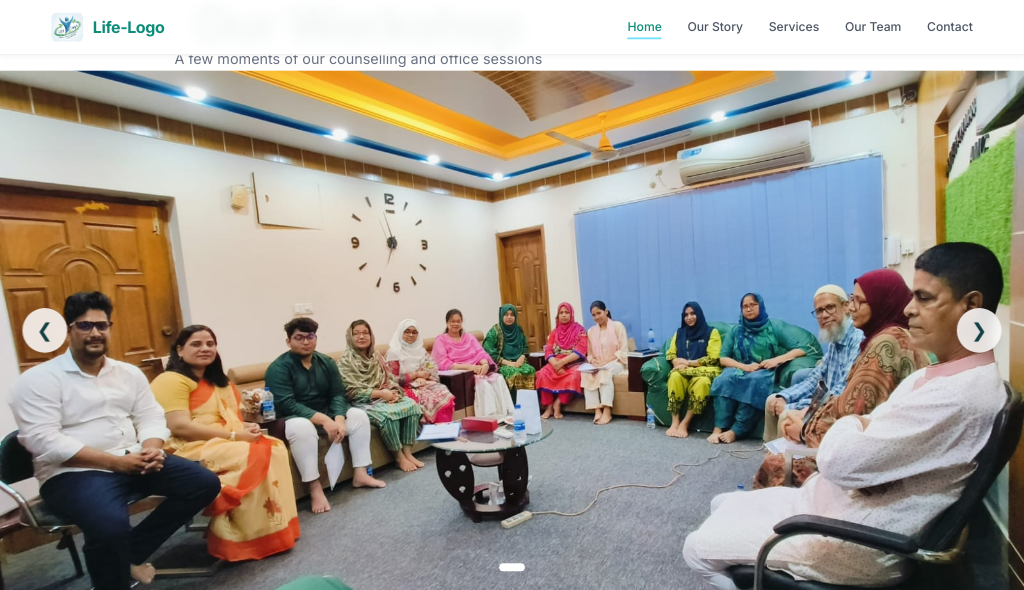
Repository: Tan47s/Lifelogo
Page: /
The author's editor kept a copy of each file at every save. The page is drawn from the files as they stood at one save, then again after the next save.
The browser window is 1280 px wide. The pictures show the whole page, at 80% of full size.
The project was rebuilt for these pictures with package versions that can differ from the ones it lists, and the page was loaded fresh each time. Also part of the build but not shown: vite.config.js, src/comp/Contents2.css, src/comp/Contents2.jsx, src/comp/Service2.css, src/comp/Service2.jsx, src/comp/Counsellors.css, src/comp/Counsellors.jsx, src/comp/Contact.css and 3 more.

Above is the page before, as saved 2026-08-24 11:25:47.

After the next save:
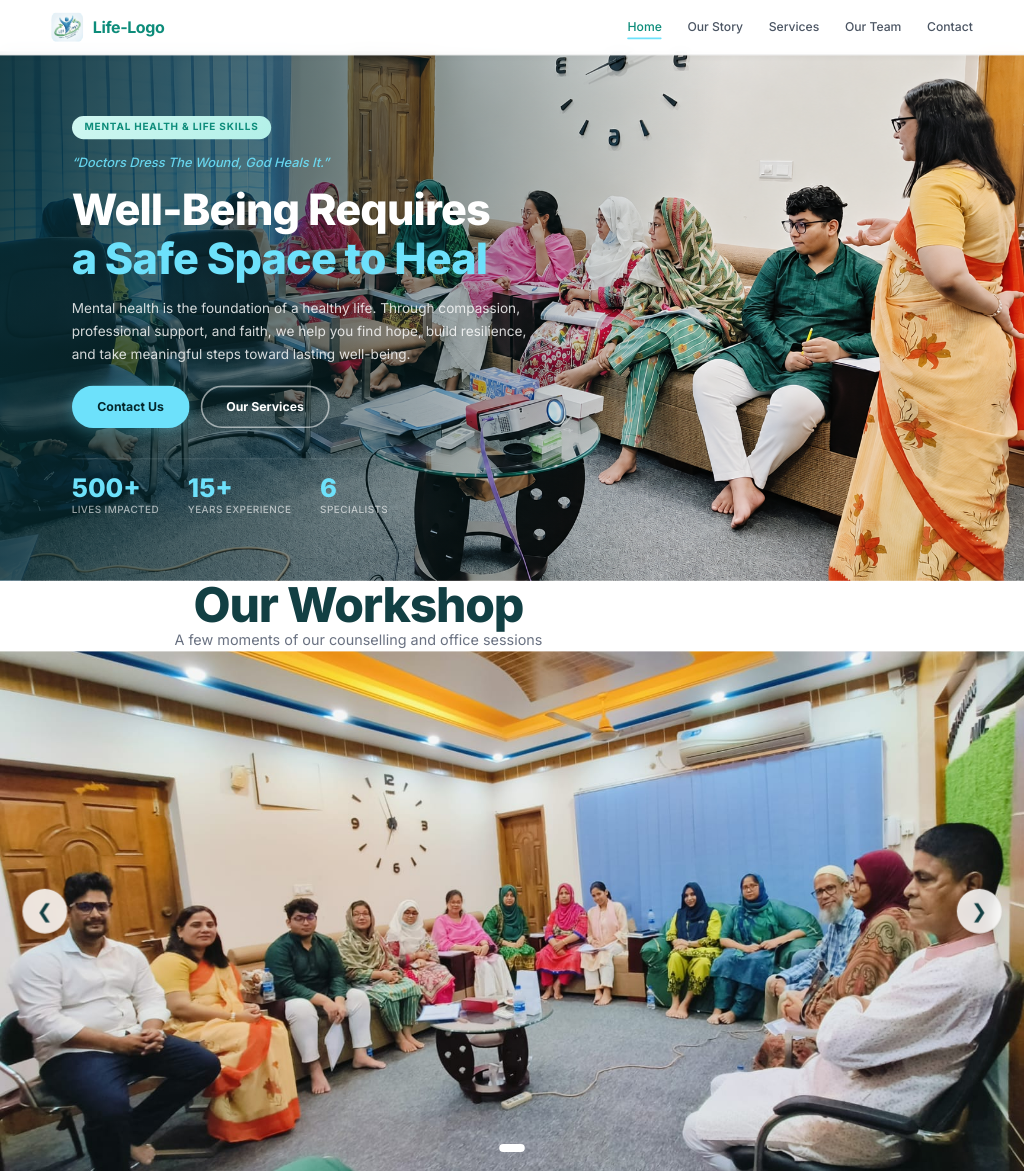
Saved 16 s later.
--- a/src/App.jsx
+++ b/src/App.jsx
@@ -11,7 +11,8 @@ export const App = () => {
   return (
     <div>
       <Header/>
-     <Workshop/>
+      <Herocon/>
+      <Workshop/>
     </div>
   )
 }
